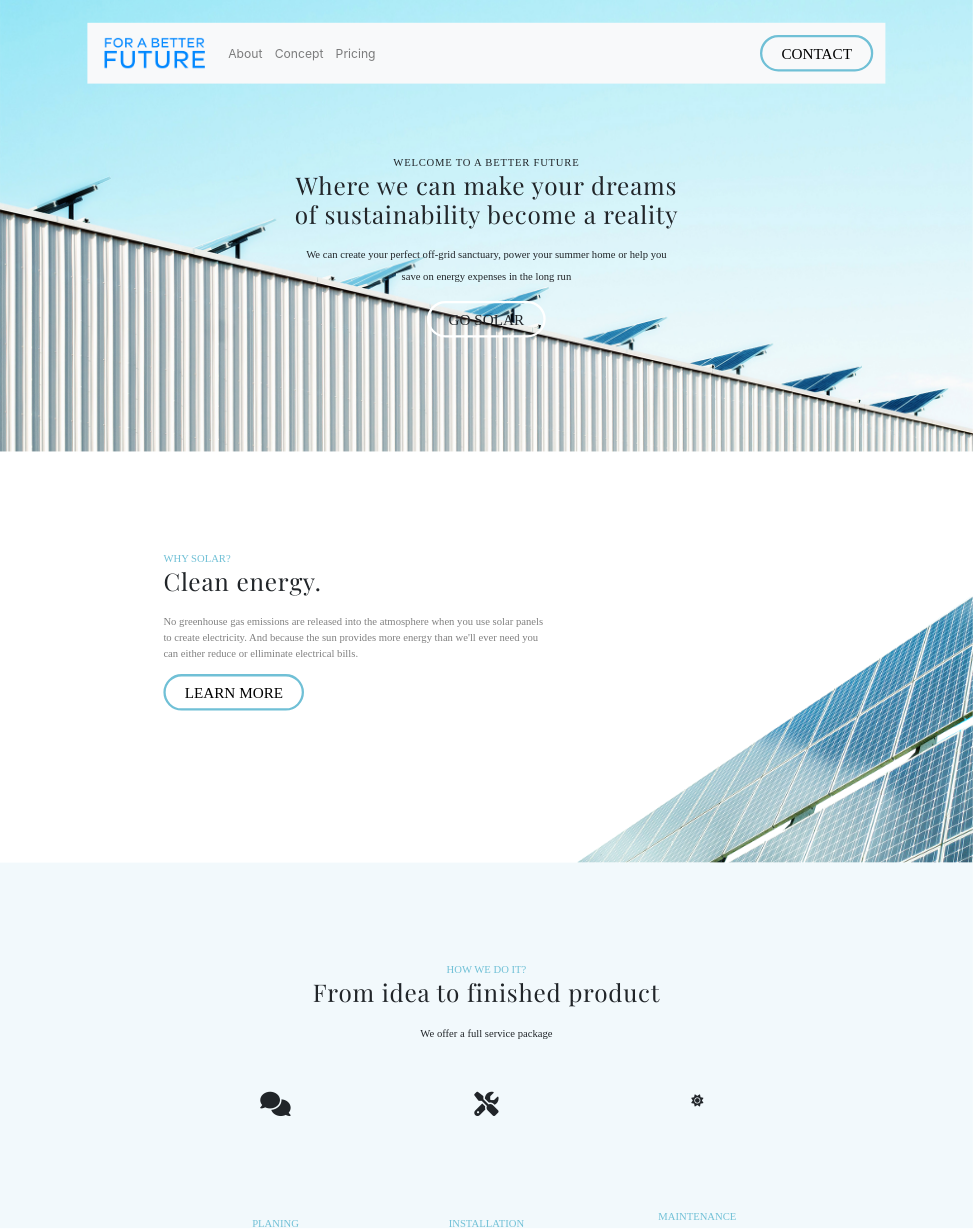
Repository: sabinemm/fabf
Page: index.html
The author's editor kept a record of every edit. The page is drawn from the files as they stood at one moment, then again after the next edit.
The browser window is 1280 px wide. The pictures show the whole page, at 76% of full size.
Backgrounds fixed to the window are drawn as part of the page. Some web fonts or font styles are not loaded; a fallback is used. Some web libraries are served in a nearby version.

Above is the page before.

After the next edit:
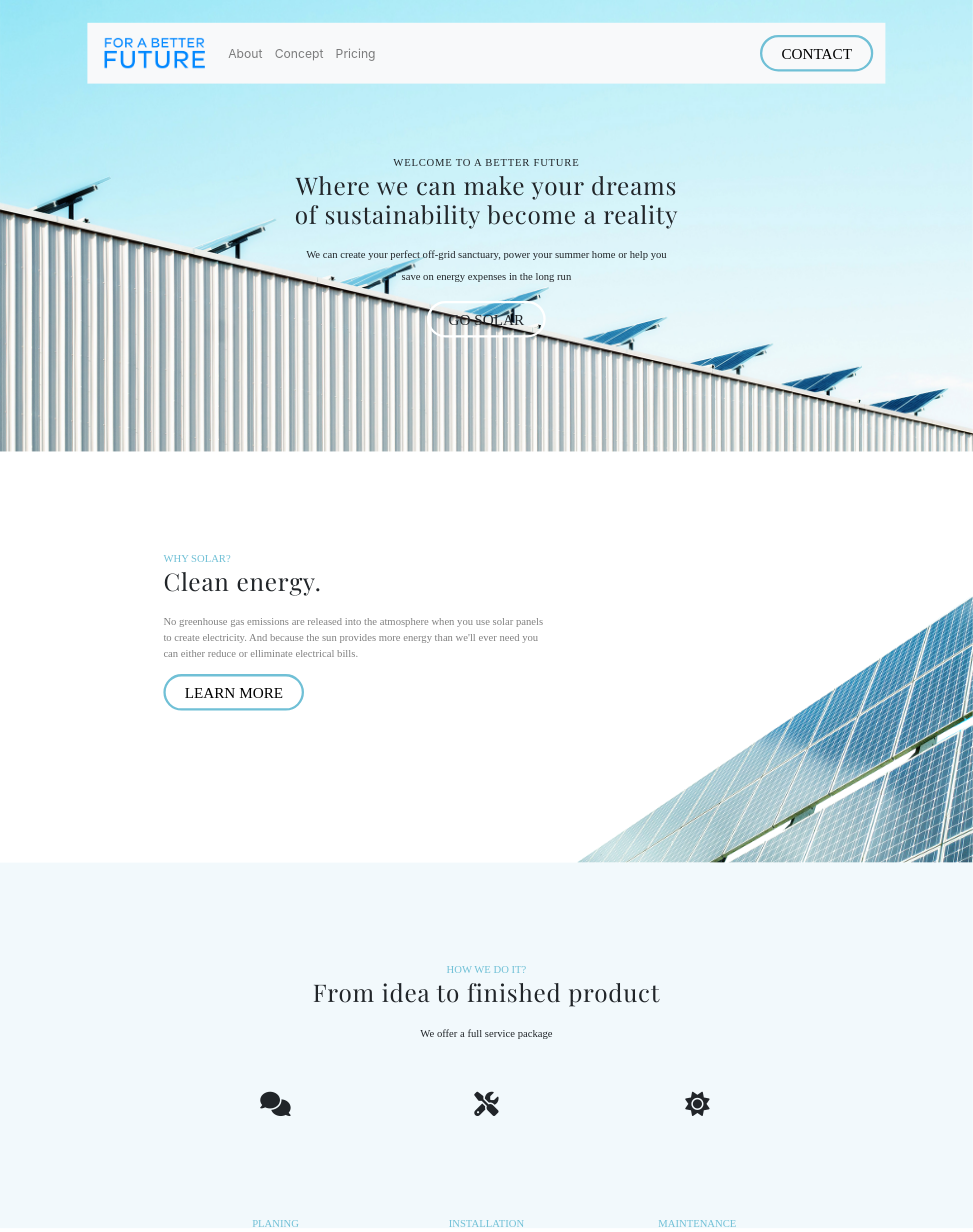
The edit:
--- a/index.html
+++ b/index.html
@@ -101,7 +101,7 @@
                      <p class="uppercase stitle stitle-blue stitlen">INSTALLATION</p>
                 </div>
                 <div class="col-sm-3 col-md-3">
-                    <div class="icon"><i class="fas fa-sun"></i></div>
+                    <div class="icon"><i class="fas fa-sun fa-2x"></i></div>
                      <p class="uppercase stitle stitle-blue stitlen">MAINTENANCE</p>
                 </div>
             </div>
